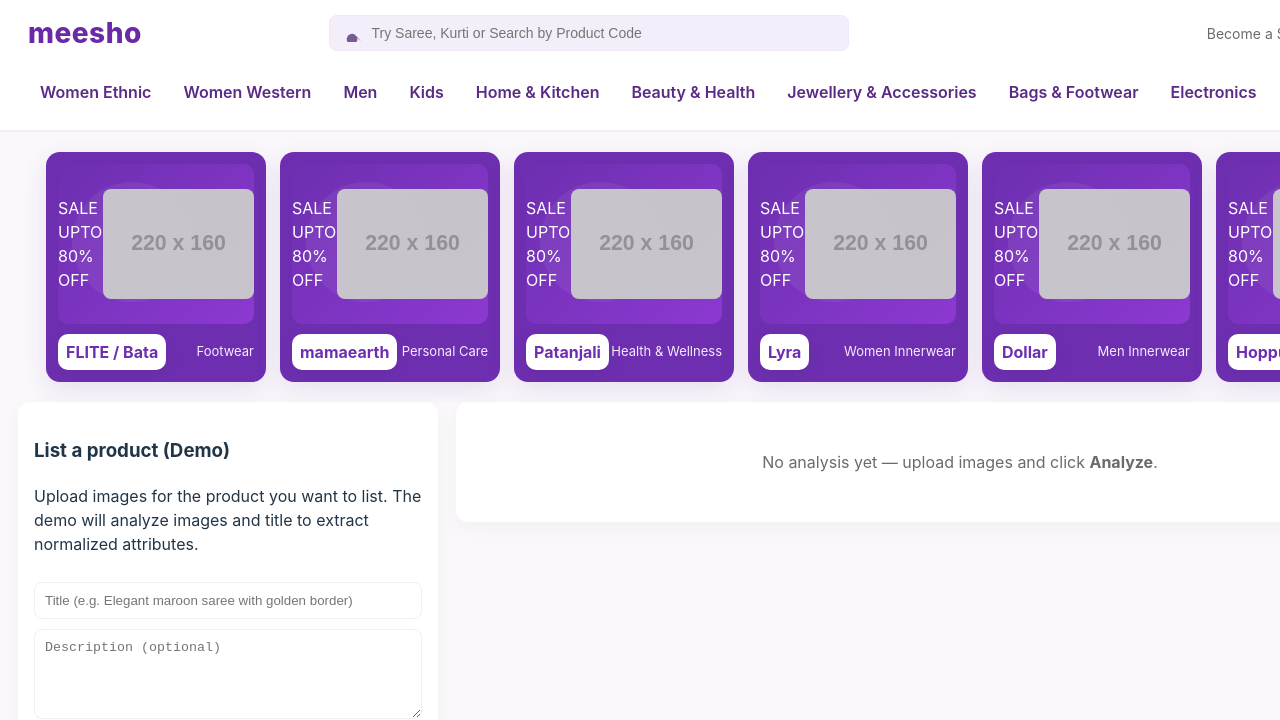
Repository: mazerunner1001/DICE-Hackathon--Semantic-Attribute-Normalization-with-Generative-AI-and-Seller-Feedback-Loops
Page: / (app in frontend/)
The author's editor kept a copy of each file at every save. The page is drawn from the files as they stood at one save, then again after the next save.
The browser window is 1280 px wide. The pictures show the whole page.
An inner scrolling area shows only its first screen. The project was rebuilt for these pictures with package versions that can differ from the ones it lists, and the page was loaded fresh each time. Also part of the build but not shown: frontend/vite.config.js.

Above is the page before, as saved 2025-09-21 22:14:51.

### frontend/src/App.jsx
// src/App.jsx
import React, { useState, useEffect, useRef } from "react";
import axios from "axios";
import "./App.css";

/*
  Meesho-themed Demo Frontend
  - Upload images + title/description
  - Sends to backend /analyze
  - Displays per-image mask overlay + attributes
  - Allows corrections to be submitted to /correct
  - Tuning sliders for weights and temperature (sends only to UI; edit backend to use)
*/

function PriceTag() {
  return <div className="sale-tag">SALE<br/><span>UPTO 80% OFF</span></div>;
}

function Header({ search, setSearch }) {
  return (
    <header className="mh-header">
      <div className="mh-topbar">
        <div className="mh-logo">meesho</div>
        <div className="mh-search">
          <svg width="18" height="18" viewBox="0 0 24 24" className="search-icon"><path fill="#6b4b8a" d="M21 20l-5.6-5.6A7.5 7.5 0 1 0 18.5 18.5L24 24z"></path></svg>
          <input
            value={search}
            onChange={(e) => setSearch(e.target.value)}
            placeholder="Try Saree, Kurti or Search by Product Code"
          />
        </div>
        <div className="mh-actions">
          <div className="link">Become a Supplier</div>
          <div className="link">Profile</div>
          <div className="cart">Cart</div>
        </div>
      </div>

      <nav className="mh-nav">
        <div className="nav-scroll">
          {["Women Ethnic","Women Western","Men","Kids","Home & Kitchen","Beauty & Health","Jewellery & Accessories","Bags & Footwear","Electronics"].map((c) => (
            <button key={c} className="nav-chip">{c}</button>
          ))}
        </div>
      </nav>
    </header>
  );
}

function CategoryCarousel() {
  // static demo tiles (visual flair)
  const tiles = [
    { title: "Footwear", brand: "FLITE / Bata" },
    { title: "Personal Care", brand: "mamaearth" },
    { title: "Health & Wellness", brand: "Patanjali" },
    { title: "Women Innerwear", brand: "Lyra" },
    { title: "Men Innerwear", brand: "Dollar" },
    { title: "Electronics", brand: "Hoppup" }
  ];
  return (
    <div className="carousel">
      {tiles.map((t,i)=>(
        <div className="carousel-card" key={i}>
          <div className="carousel-art">
            <PriceTag />
            <div className="hero-circle" />
            <img alt={t.title} src={`https://via.placeholder.com/220x160.png?text=${encodeURIComponent(t.title)}`} />
          </div>
          <div className="carousel-footer">
            <div className="brand-pill">{t.brand}</div>
            <div className="cat-text">{t.title}</div>
          </div>
        </div>
      ))}
    </div>
  );
}

function TuningPanel({ weights, setWeights, temperature, setTemperature }) {
  return (
    <div className="tuning card">
      <h4>Tuning (demo only)</h4>
      <div className="tuning-row">
        <label>Image weight</label>
        <input type="range" min="0" max="1" step="0.01" value={weights.img} onChange={e=>setWeights({...weights, img: parseFloat(e.target.value)})}/>
        <div className="tval">{weights.img}</div>
      </div>
      <div className="tuning-row">
        <label>Text weight</label>
        <input type="range" min="0" max="1" step="0.01" value={weights.text} onChange={e=>setWeights({...weights, text: parseFloat(e.target.value)})}/>
        <div className="tval">{weights.text}</div>
      </div>
      <div className="tuning-row">
        <label>Heuristics weight</label>
        <input type="range" min="0" max="1" step="0.01" value={weights.heur} onChange={e=>setWeights({...weights, heur: parseFloat(e.target.value)})}/>
        <div className="tval">{weights.heur}</div>
      </div>
      <div className="tuning-row">
        <label>Color boost</label>
        <input type="range" min="0" max="1" step="0.01" value={weights.color} onChange={e=>setWeights({...weights, color: parseFloat(e.target.value)})}/>
        <div className="tval">{weights.color}</div>
      </div>
      <div className="tuning-row">
        <label>Temperature</label>
        <input type="range" min="0.01" max="0.2" step="0.01" value={temperature} onChange={e=>setTemperature(parseFloat(e.target.value))}/>
        <div className="tval">{temperature}</div>
      </div>
      <div className="hint">Changes are demo-only; update backend weights for persistent effect.</div>
    </div>
  );
}

export default function App() {
  const [search, setSearch] = useState("");
  const [title, setTitle] = useState("");
  const [desc, setDesc] = useState("");
  const [files, setFiles] = useState([]);
  const [previews, setPreviews] = useState([]);
  const [resp, setResp] = useState(null);
  const [loading, setLoading] = useState(false);
  const [weights, setWeights] = useState({img:0.5, text:0.3, heur:0.15, color:0.05});
  const [temperature, setTemperature] = useState(0.07);
  const [correctionSelection, setCorrectionSelection] = useState("");
  const [debugMode, setDebugMode] = useState(false);
  const [errorMsg, setErrorMsg] = useState("");
  const previewRef = useRef([]);

  useEffect(() => {
    return () => {
      // revoke object URLs on unmount
      previews.forEach(u => URL.revokeObjectURL(u));
    };
  }, [previews]);

  function handleFiles(e) {
    const f = Array.from(e.target.files).slice(0,6); // limit demo to 6 images
    setFiles(f);
    const urls = f.map(file => URL.createObjectURL(file));
    setPreviews(urls);
  }

  async function handleAnalyze() {
    if (!title && !desc) { setErrorMsg("Add a title or description for better text signals"); }
    if (files.length === 0) { alert("Please upload at least one image"); return; }
    setLoading(true); setResp(null); setErrorMsg("");
    const fd = new FormData();
    fd.append("title", title);
    fd.append("description", desc);
    files.forEach(f => fd.append("files", f, f.name));
    // optional: include tuning params to suggest backend use them (backend must accept)
    fd.append("temperature", temperature);
    fd.append("weights", JSON.stringify(weights));
    try {
      const r = await axios.post("http://localhost:8000/analyze", fd, { headers: {"Content-Type":"multipart/form-data"}, timeout: 180000 });
      setResp(r.data);
      setCorrectionSelection(r.data.final_category?.value || "");
    } catch (err) {
      console.error(err);
      setErrorMsg("Analysis failed: " + (err.response?.data || err.message));
    } finally { setLoading(false); }
  }

  async function submitCorrection() {
    if (!correctionSelection) { alert("Select a category to correct"); return; }
    const fd = new FormData();
    fd.append("original_title", title || "");
    fd.append("corrected_category", correctionSelection);
    fd.append("notes", "Corrected via demo UI");
    fd.append("filename", files[0]?.name || "");
    try {
      await axios.post("http://localhost:8000/correct", fd);
      alert("Correction logged. Thank you!");
    } catch (err) {
      console.error(err);
      alert("Failed to submit correction");
    }
  }

  function downloadJson() {
    if (!resp) return;
    const blob = new Blob([JSON.stringify(resp, null, 2)], {type: "application/json"});
    const url = URL.createObjectURL(blob);
    const a = document.createElement("a");
    a.href = url; a.download = "analysis_result.json"; a.click();
    URL.revokeObjectURL(url);
  }

  return (
    <div className="app">
      <Header search={search} setSearch={setSearch} />
      <main className="main">
        <CategoryCarousel />
        <div className="layout">
          <div className="left-col">
            <section className="card upload-card">
              <h3>List a product (Demo)</h3>
              <p className="muted">Upload images for the product you want to list. The demo will analyze images and title to extract normalized attributes.</p>
              <input type="text" placeholder="Title (e.g. Elegant maroon saree with golden border)" value={title} onChange={e=>setTitle(e.target.value)} />
              <textarea placeholder="Description (optional)" value={desc} onChange={e=>setDesc(e.target.value)} />
              <div className="file-row">
                <input type="file" accept="image/*" multiple onChange={handleFiles} />
                <button className="primary" onClick={handleAnalyze} disabled={loading}>{loading ? "Analyzing…" : "Analyze"}</button>
              </div>
              <div className="thumbs-grid">
                {previews.map((u,i)=>(
                  <div className="thumb-wrap" key={i}>
                    <img src={u} alt={"preview-"+i} className="thumb" />
                    <div className="thumb-meta">{files[i]?.name}</div>
                  </div>
                ))}
              </div>

              <div className="small-row">
                <label className="small-label"><input type="checkbox" checked={debugMode} onChange={e=>setDebugMode(e.target.checked)} /> Show debug overlays</label>
                <button className="link-btn" onClick={downloadJson} disabled={!resp}>Download JSON</button>
              </div>

              {errorMsg && <div className="error">{errorMsg}</div>}
            </section>

            <TuningPanel weights={weights} setWeights={setWeights} temperature={temperature} setTemperature={setTemperature} />

            <section className="card help">
              <h4>Demo notes</h4>
              <ol>
                <li>We run foreground extraction (GrabCut), CLIP zero-shot with prompt averaging, masked LAB color clustering and heuristics. The backend returns mask overlay images for debug view.</li>
                <li>Use the tuning sliders to experiment - changes are for demo only; backend weights are authoritative for production.</li>
                <li>When conflict is detected, please use the correction box to log fixes for retraining later.</li>
              </ol>
            </section>
          </div>

          <div className="right-col">
            {!resp && <div className="card placeholder">No analysis yet — upload images and click <b>Analyze</b>.</div>}

            {resp && (
              <div className="card result">
                <div className="result-head">
                  <div>
                    <h3 className="final-cat">{resp.final_category.value}</h3>
                    <div className="meta">Confidence: {(resp.final_category.confidence*100).toFixed(1)}% • Text top: {resp.final_category.top_from_text} ({(resp.final_category.text_score*100).toFixed(1)}%)</div>
                  </div>
                  <div>
                    <button className="primary" onClick={downloadJson}>Download JSON</button>
                  </div>
                </div>

                {resp.conflict_flag && <div className="conflict-flag">⚠️ Conflict detected between image & text. Suggest correction below.</div>}

                <div className="labels-row">
                  <h4>Top Predictions</h4>
                  <div className="label-strip">
                    {resp.per_label.slice(0,8).map(([l, s], idx) => (
                      <div key={idx} className="label-pill">
                        <div className="lp-name">{l}</div>
                        <div className="lp-score">{(s*100).toFixed(1)}%</div>
                      </div>
                    ))}
                  </div>
                </div>

                <div className="images-results">
                  {resp.images.map((img,i)=>(
                    <div key={i} className="img-result-card">
                      <div className="img-left">
                        <div className="img-stack">
                          <img src={previews[i]} alt={"orig-"+i} className="orig" />
                          {debugMode && <img src={img.mask_overlay} className="overlay" alt="overlay" />}
                          {!debugMode && <img src={img.mask_overlay} className="overlay blurred" alt="overlay" />}
                        </div>
                      </div>
                      <div className="img-right">
                        <div className="row">
                          <div className="col">
                            <strong>Top image labels</strong>
                            {img.category_probs.slice(0,4).map((p, k)=>(
                              <div key={k} className="prob"><span className="pname">{p[0]}</span> <span className="pscore">{(p[1]*100).toFixed(1)}%</span></div>
                            ))}
                          </div>
                          <div className="col">
                            <strong>Colors (masked)</strong>
                            <div className="color-chip-row">
                              {img.colors.map((c, idx)=>(
                                <div key={idx} className="color-chip">
                                  <div className="color-swatch" style={{background:`rgb(${c.rgb[0]},${c.rgb[1]},${c.rgb[2]})`}} />
                                  <div className="color-meta"><div className="cname">{c.mapped_color}</div><div className="cconf">{(c.confidence*100).toFixed(0)}%</div></div>
                                </div>
                              ))}
                            </div>
                          </div>
                        </div>

                        <div className="row heur">
                          <div><strong>Heuristics</strong></div>
                          <div className="heur-list">
                            {Object.entries(img.heuristics).slice(0,4).map(([k,v], idx)=>(<div key={idx} className="heur-item">{k}: {(v*100).toFixed(0)}%</div>))}
                          </div>
                        </div>

                        <div className="row actions">
                          <button className="secondary" onClick={()=>{ navigator.clipboard.writeText(JSON.stringify(img, null, 2)); alert("Image JSON copied"); }}>Copy image JSON</button>
                        </div>

                      </div>
                    </div>
                  ))}
                </div>

                {resp.conflict_flag && (
                  <div className="correction-box">
                    <h4>Seller Correction</h4>
                    <div className="corr-row">
                      <select value={correctionSelection} onChange={(e)=>setCorrectionSelection(e.target.value)}>
                        {["saree","lehenga","kurti","jeans","t-shirt","dress","blouse","jacket","men's accessory"].map(c=> <option key={c} value={c}>{c}</option>)}
                      </select>
                      <button className="primary" onClick={submitCorrection}>Submit Correction</button>
                    </div>
                  </div>
                )}

                <details className="json-details"><summary>Raw JSON</summary><pre>{JSON.stringify(resp, null, 2)}</pre></details>
              </div>
            )}
          </div>
        </div>
      </main>

      <footer className="footer">
        <div>© Demo • Meesho-style UI • Attribute Normalization Prototype</div>
      </footer>
    </div>
  );
}

### frontend/src/App.css
/* src/App.css - Meesho-like visual theme & layout */

/* Basic resets */
* { box-sizing: border-box; }
html,body,#root { height:100%; margin:0; font-family: Inter, "Segoe UI", Roboto, Arial, sans-serif; background: #faf8fb; }
html { overflow-x: hidden; }
body { overflow-x: hidden; }
.app { min-height:100vh; display:flex; flex-direction:column; background:#faf8fb; width: 100%; box-sizing: border-box; }

/* Header */
.mh-header { background: #ffffff; border-bottom: 1px solid #eee; position:sticky; top:0; z-index:30; }
.mh-topbar { display:flex; align-items:center; gap:18px; padding:12px 28px; }
.mh-logo { color:#6a2aa8; font-weight:800; font-size:28px; letter-spacing:0.5px; }
.mh-search { display:flex; align-items:center; gap:8px; background:#f3eef9; padding:8px 12px; border-radius:8px; width:520px; border:1px solid #efe6fb; margin: 0 auto; }
.mh-search input { border:none; outline:none; background:transparent; width:100%; color:#4a245d; font-size:14px; }
.search-icon { margin-left:2px; opacity:0.9; }
.mh-actions { margin-left:auto; display:flex; gap:16px; align-items:center; color:#6b6b6b; font-size:14px; }
.mh-actions .cart { background:#f7f2ff; color:#6a2aa8; padding:8px 10px; border-radius:8px; }

/* nav chip row */
.mh-nav { padding:8px 28px 14px 28px; background:linear-gradient(180deg, #fff, #fff); border-bottom: 1px solid #f0edf6; }
.nav-scroll { display:flex; gap:8px; overflow-x:auto; padding-bottom:6px; }
.nav-chip { background:transparent; border:none; padding:8px 12px; border-radius:18px; color:#5b2a86; font-weight:600; cursor:pointer; }

/* Carousel (purple tiles) */
.carousel { display:flex; gap:14px; padding:20px 28px; overflow-x:auto; align-items:flex-start; }
.carousel-card { width:220px; background:#6d2fb0; color:white; border-radius:14px; padding:12px; box-shadow: 0 8px 24px rgba(105,48,154,0.12); position:relative; overflow:hidden; }
.carousel-art { height:160px; position:relative; display:flex; align-items:center; justify-content:center; border-radius:10px; background:linear-gradient(135deg,#6d2fb0,#8c39d1); }
.carousel-art img { width:160px; height:110px; object-fit:cover; border-radius:8px; opacity:0.95; }
.hero-circle { position:absolute; width:120px; height:120px; border-radius:50%; background: rgba(255,255,255,0.06); left:14px; top:18px; transform:rotate(12deg); }
.carousel-footer { margin-top:10px; display:flex; justify-content:space-between; align-items:center; }
.brand-pill { background:white; color:#6d2fb0; padding:6px 8px; border-radius:10px; font-weight:700; box-shadow: 0 6px 16px rgba(0,0,0,0.06); }
.cat-text { font-size:13px; color:#f6ecff; }

/* main layout */
.main { width:100%; padding:0 18px 40px; box-sizing: border-box; }
.layout { display:grid; grid-template-columns: 420px 1fr; gap:18px; align-items:start; }

/* cards */
.card { background:white; border-radius:12px; padding:16px; box-shadow:0 6px 20px rgba(18,18,18,0.04); }
.upload-card input[type="text"], .upload-card textarea, .upload-card select { width:100%; padding:10px; border-radius:8px; border:1px solid #eef0f6; margin-top:10px; }
.upload-card textarea { min-height:90px; resize:vertical; }
.file-row { display:flex; gap:12px; align-items:center; margin-top:12px; }
.file-row input[type="file"] { padding:6px; }
.primary { background:#ff6a00; color:white; border:none; padding:10px 14px; border-radius:8px; cursor:pointer; font-weight:700; }
.secondary { background:#fff; color:#6b4b8a; border:1px solid #eee; padding:8px 12px; border-radius:8px; cursor:pointer; }
.link-btn { background:transparent; border:none; color:#6a2aa8; cursor:pointer; font-weight:700; }

/* thumbs */
.thumbs-grid { display:flex; gap:10px; margin-top:12px; flex-wrap:wrap; }
.thumb-wrap { width:96px; }
.thumb { width:96px; height:96px; object-fit:cover; border-radius:8px; border:1px solid #f0eff6; }

/* tuning panel */
.tuning .tuning-row { display:flex; align-items:center; gap:12px; margin-top:8px; }
.tuning-row label { width:110px; font-size:13px; color:#444; }
.tuning-row input[type="range"] { flex:1; }
.tval { width:54px; text-align:right; font-weight:700; color:#333; }

/* result column */
.right-col .placeholder { padding:48px; text-align:center; color:#6b6b6b; }
.result { padding:18px; }
.result-head { display:flex; justify-content:space-between; align-items:center; gap:12px; }
.final-cat { color:#6a2aa8; margin:0; text-transform:capitalize; }
.per-labels { margin-top:10px; }
.label-strip { display:flex; gap:10px; margin-top:6px; flex-wrap:wrap; }
.label-pill { background:#fff6fb; border:1px solid #f1e6fa; padding:6px 12px; border-radius:999px; display:flex; gap:12px; align-items:center; }
.lp-name { color:#6a2aa8; font-weight:700; text-transform:capitalize; }
.lp-score { background:#fff; border-radius:6px; padding:4px 6px; color:#6a2aa8; font-weight:700; }

/* images results */
.images-results { margin-top:12px; display:flex; flex-direction:column; gap:12px; }
.img-result-card { display:flex; gap:12px; padding:8px; border-radius:10px; border:1px solid #f4f2f6; }
.img-left { width:320px; flex-shrink:0; }
.img-stack { position:relative; width:320px; height:220px; overflow:hidden; border-radius:8px; background:#fafafa; }
.img-stack img.orig { width:100%; height:100%; object-fit:cover; display:block; }
.img-stack img.overlay { position:absolute; left:0; top:0; width:100%; height:100%; object-fit:cover; mix-blend-mode:overlay; opacity:0.95; pointer-events:none; }
.img-stack img.blurred { filter: blur(2px) brightness(0.9); opacity:0.28; }

.img-right { flex:1; display:flex; flex-direction:column; gap:8px; }
.img-right .row { display:flex; gap:12px; }
.col { flex:1; }
.prob { display:flex; justify-content:space-between; padding:6px 0; border-bottom:1px dashed #f5f3f7; font-size:13px; }
.color-chip-row { display:flex; gap:10px; margin-top:8px; flex-wrap:wrap; }
.color-chip { display:flex; align-items:center; gap:10px; background:#fff; padding:6px 8px; border-radius:8px; border:1px solid #f4f2f6; }
.color-swatch { width:34px; height:24px; border-radius:6px; border:1px solid rgba(0,0,0,0.06); }
.cname { font-weight:700; color:#333; }
.cconf { color:#777; font-size:12px; margin-left:6px; }

/* heuristics & actions */
.heur { margin-top:6px; }
.heur-list { display:flex; gap:10px; flex-wrap:wrap; margin-top:6px; }
.heur-item { background:#fbfbff; padding:6px 8px; border-radius:6px; font-size:13px; color:#6a2aa8; }

/* conflict and correction */
.conflict-flag { background:#fff4e6; color:#9a3e00; padding:8px; border-radius:8px; margin-top:12px; border-left:4px solid #ff7a00; }
.correction-box { margin-top:12px; display:flex; gap:12px; align-items:center; }
.corr-row select { padding:10px; border-radius:8px; border:1px solid #eef0f6; }
.corr-row button { padding:10px 12px; }

.json-details pre { max-height:280px; overflow:auto; background:#0f1724; color:#e6eef8; padding:10px; border-radius:8px; }

/* footer */
.footer { margin-top:auto; padding:16px 28px; color:#6b6b6b; font-size:13px; text-align:center; }

/* responsive */
@media (max-width: 980px) {
  .layout { grid-template-columns: 1fr; }
  .img-left { width:100%; }
  .img-stack { height:200px; }
  .mh-search { width:320px; }
}

Loaded but not shown: frontend/index.html (common file); frontend/src/main.jsx (common file); frontend/src/index.css (common file)

After the next save:
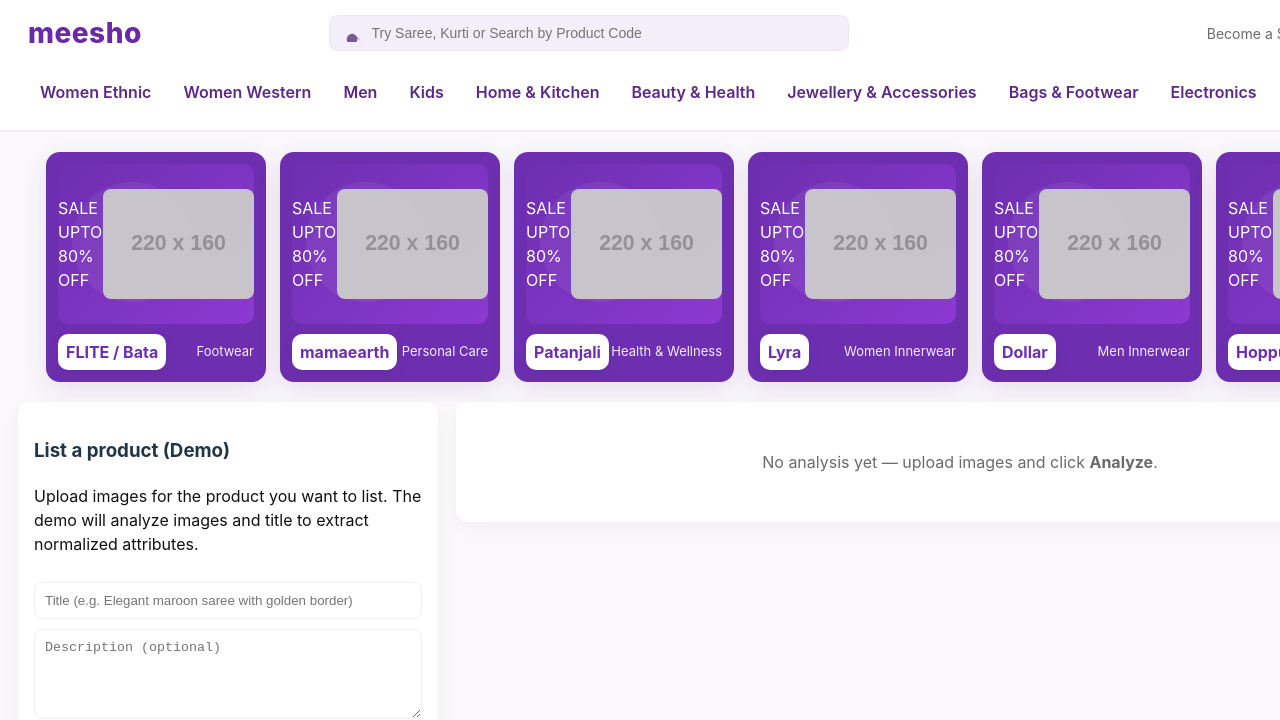
Saved 2 min 26 s later.
--- a/frontend/src/App.css
+++ b/frontend/src/App.css
@@ -1,3 +1,5 @@
+/* Make .muted text black */
+.muted { color: #111 !important; }
 /* src/App.css - Meesho-like visual theme & layout */
 
 /* Basic resets */
